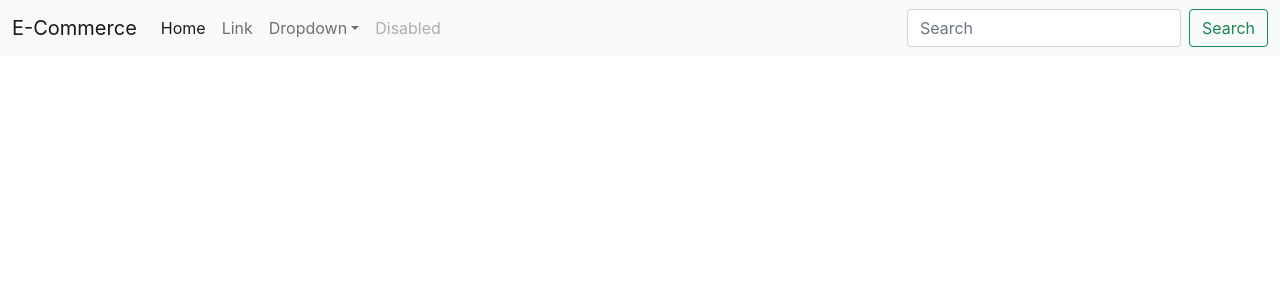
Repository: Sanjayjangra88/online_shop
Page: /products
These files come from the project's save history. The page is drawn as it stood at one moment and after the next save; the edit follows.
The browser window is 1280 px wide. The pictures show the whole page.
The project was rebuilt for these pictures with package versions that can differ from the ones it lists, and the page was loaded fresh each time. Also part of the build but not shown: src/App.css.

Above is the page before, as saved 2022-03-29 19:10:03.

### public/index.html
<!DOCTYPE html>
<html lang="en">
  <head>
    <meta charset="utf-8" />
    <link rel="icon" href="%PUBLIC_URL%/favicon.ico" />
    <meta name="viewport" content="width=device-width, initial-scale=1" />
    <meta name="theme-color" content="#000000" />
    <meta
      name="description"
      content="Web site created using create-react-app"
    />
    <link rel="apple-touch-icon" href="%PUBLIC_URL%/logo192.png" />
    <!--
      manifest.json provides metadata used when your web app is installed on a
      user's mobile device or desktop. See https://developers.google.com/web/fundamentals/web-app-manifest/
    -->
    <link rel="manifest" href="%PUBLIC_URL%/manifest.json" />
    <link href="https://cdn.jsdelivr.net/npm/bootstrap@5.0.2/dist/css/bootstrap.min.css" rel="stylesheet" integrity="sha384-EVSTQN3/azprG1Anm3QDgpJLIm9Nao0Yz1ztcQTwFspd3yD65VohhpuuCOmLASjC" crossorigin="anonymous">
    <!--
      Notice the use of %PUBLIC_URL% in the tags above.
      It will be replaced with the URL of the `public` folder during the build.
      Only files inside the `public` folder can be referenced from the HTML.

      Unlike "/favicon.ico" or "favicon.ico", "%PUBLIC_URL%/favicon.ico" will
      work correctly both with client-side routing and a non-root public URL.
      Learn how to configure a non-root public URL by running `npm run build`.
    -->
    <title>STATE BANK OF SANJAY</title>
  </head>
  <body>
    <noscript>You need to enable JavaScript to run this app.</noscript>
    <div id="root"></div>
    <script src="https://cdn.jsdelivr.net/npm/bootstrap@5.0.2/dist/js/bootstrap.bundle.min.js" integrity="sha384-MrcW6ZMFYlzcLA8Nl+NtUVF0sA7MsXsP1UyJoMp4YLEuNSfAP+JcXn/tWtIaxVXM" crossorigin="anonymous"></script>
    <!--
      This HTML file is a template.
      If you open it directly in the browser, you will see an empty page.

      You can add webfonts, meta tags, or analytics to this file.
      The build step will place the bundled scripts into the <body> tag.

      To begin the development, run `npm start` or `yarn start`.
      To create a production bundle, use `npm run build` or `yarn build`.
    -->

  </body>
</html>

### src/index.js
import React from 'react';
import ReactDOM from 'react-dom';
import './index.css';
import App from './App';
import reportWebVitals from './reportWebVitals';
// import { Provider } from 'react-redux';
// import { store } from './State/store';

// ReactDOM.render(
//   <React.StrictMode>
//     {/* <Provider store={store}> */}
//     <App />
//     {/* </Provider> */}
//   </React.StrictMode>,
//   document.getElementById('root')
// );


ReactDOM.render(
  <React.StrictMode>
    <App />
  </React.StrictMode>,
  document.getElementById("root")
);


// If you want to start measuring performance in your app, pass a function
// to log results (for example: reportWebVitals(console.log))
// or send to an analytics endpoint. Learn more: https://bit.ly/CRA-vitals
reportWebVitals();

### src/App.js

import './App.css';
import Navbar from './components2/Navbar';



function App() {
  return (
    <>
  <Navbar/>
    </>
  );
}

export default App;

### src/components2/Navbar.js
import React from 'react'

function Navbar() {
  return (
    <div>
      <nav className="navbar navbar-expand-lg navbar-light bg-light">
  <div className="container-fluid">
    <a className="navbar-brand" href="#">E-Commerce</a>
    <button className="navbar-toggler" type="button" data-bs-toggle="collapse" data-bs-target="#navbarSupportedContent" aria-controls="navbarSupportedContent" aria-expanded="false" aria-label="Toggle navigation">
      <span className="navbar-toggler-icon"></span>
    </button>
    <div className="collapse navbar-collapse" id="navbarSupportedContent">
      <ul className="navbar-nav me-auto mb-2 mb-lg-0">
        <li className="nav-item">
          <a className="nav-link active" aria-current="page" href="#">Home</a>
        </li>
        <li className="nav-item">
          <a className="nav-link" href="#">Link</a>
        </li>
        <li className="nav-item dropdown">
          <a className="nav-link dropdown-toggle" href="#" id="navbarDropdown" role="button" data-bs-toggle="dropdown" aria-expanded="false">
            Dropdown
          </a>
          <ul className="dropdown-menu" aria-labelledby="navbarDropdown">
            <li><a className="dropdown-item" href="#">Action</a></li>
            <li><a className="dropdown-item" href="#">Another action</a></li>
            <li><hr className="dropdown-divider"/></li>
            <li><a className="dropdown-item" href="#">Something else here</a></li>
          </ul>
        </li>
        <li className="nav-item">
          <a className="nav-link disabled" href="#" tabIndex="-1" aria-disabled="true">Disabled</a>
        </li>
      </ul>
      <form className="d-flex">
        <input className="form-control me-2" type="search" placeholder="Search" aria-label="Search"/>
        <button className="btn btn-outline-success" type="submit">Search</button>
      </form>
    </div>
  </div>
</nav>
    </div>
  )
}

export default Navbar

Loaded but not shown: src/index.css (common file); src/reportWebVitals.js (common file)

After the next save:
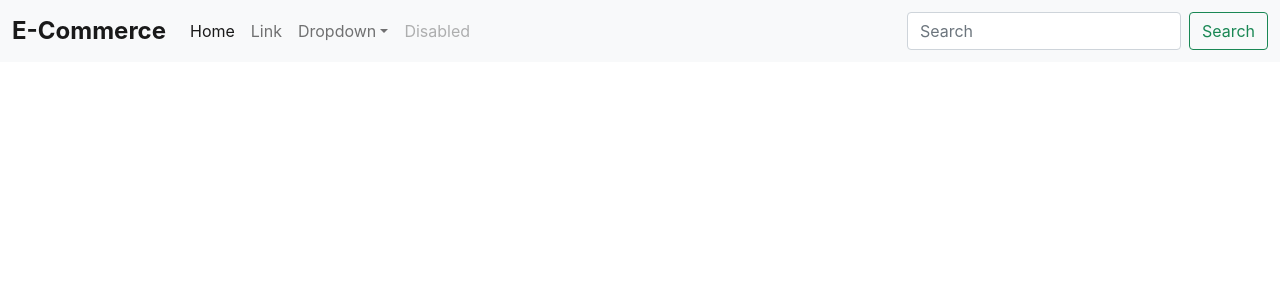
Saved 82 s later.
--- a/src/components2/Navbar.js
+++ b/src/components2/Navbar.js
@@ -5,7 +5,7 @@
     <div>
       <nav className="navbar navbar-expand-lg navbar-light bg-light">
   <div className="container-fluid">
-    <a className="navbar-brand" href="#">E-Commerce</a>
+    <a className="navbar-brand fw-bold fs-4" href="#">E-Commerce</a>
     <button className="navbar-toggler" type="button" data-bs-toggle="collapse" data-bs-target="#navbarSupportedContent" aria-controls="navbarSupportedContent" aria-expanded="false" aria-label="Toggle navigation">
       <span className="navbar-toggler-icon"></span>
     </button>
